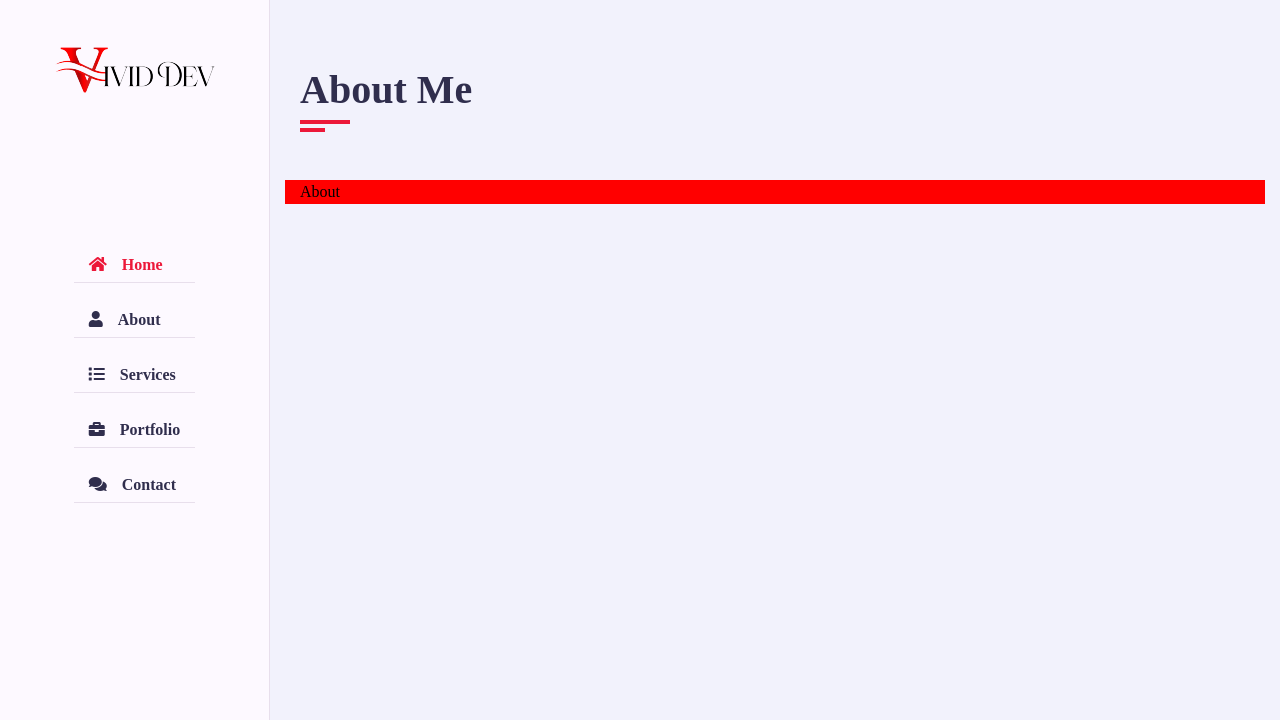
Repository: Big-Fave1/vivid-dev-portfolio
Page: build/index.html
These files come from the project's save history. The page is drawn as it stood at one moment and after the next save; the edit follows.
The browser window is 1280 px wide. The pictures show the whole page.
Some web fonts or font styles are not loaded; a fallback is used.

Above is the page before, as saved 2025-05-30 13:13:33.

### build/index.html
<!DOCTYPE html>
<html lang="en">
<head>
    <meta charset="UTF-8">
    <meta name="viewport" content="width=device-width, initial-scale=1.0">
    <title>Vivid Dev Portfolio</title>
    <link rel="stylesheet" href="css/style.css">
    <link rel="stylesheet" href="css/color-1.css">
    <link rel="stylesheet" href="https://cdnjs.cloudflare.com/ajax/libs/font-awesome/5.15.4/css/all.min.css">
</head>
<body>
    <!--- ==== main container Start==== -->
    <div class="main-container"></div>
    <!--- ==== Aside Start === -->
    <div class="aside">
        <div class="logo">
        <a href="#"><img src="img/vivid 3.png" alt=""></a>
        </div>
        <div class="nav-toggler">
            <i class="fa fa-bars" aria-hidden="true"></i>
        </div>
        <ul class="nav">
            <li><a href="#" class="active"><i class="fa fa-home"></i>Home</a></li>
            <li><a href="#"><i class="fa fa-user"></i>About</a></li>
            <li><a href="#"><i class="fa fa-list"></i>Services</a></li>
            <li><a href="#"><i class="fa fa-briefcase"></i>Portfolio</a></li>
            <li><a href="#"><i class="fa fa-comments"></i>Contact</a></li>
        </ul>
    </div>
    <!--- ==== Aside End === -->
    <!--- ==== Main content Start === -->
    <div class="main-content">
        <!--- === Home Section Start === -->
        <section class="home section hidden">
            <div class="container">
                <div class="row">
                    <div class="home-info padd-15">
                        <h3 class="hello">Hello, my name is <span class="name">Favour Chimdiogo</span></h3>
                        <h3 class="my-profession">I'm a <Span class="typing">Web Developer</Span></h3>
                        <p>I'm a web designer with extensive experience for over a year.My expertise is to create a website design, and many more...</p>
                    <a href="#contact" class="btn hire-me">Hire Me</a>
                    </div>
                    <div class="home-img padd-15">
                        <img src="img/home image.jpg" alt="">
                    </div>
                </div>
            </div>
        </section>
    <!--- === Home Section End === -->
    <!--- === About  Section Start === -->
        <section class="about section">
            <div class="container">
                <div class="row">
                    <div class="section-title padd-15">
                        <h2>About Me</h2>
                    </div>
                </div>
                <div class="row">
                    <div class="about-content padd-15">
                        About
                    </div>
                </div>
            </div>
        </section>
    <!--- === About  Section End === -->
    </div>
    <!--- ==== Main content End === -->
    <!--- ====main container End === -->
</body>
</html>

### build/css/style.css

@import url('https://fonts.googleapis.com/css2?family=Clicker+Script&family=Poppins:ital,wght@0,100;0,200;0,300;0,400;0,500;0,600;0,700;0,800;0,900;1,100;1,200;1,300;1,400;1,500;1,600;1,700;1,800;1,900&display=swap');


:root
{
    --bg-black-900:#f2f2fc;
    --bg-black-100:#fdf9ff;
    --bg-black-50:#e8dfec;
    --text-black-900:#302e4d;
    --text-black-700:#504e70;

}

body
{
    line-height:1.5;
    font-size:16px;
    font-family: 'Poppins'sans-serif;
}

*
{
    margin: 0;
    padding: 0;
    outline:none;
    text-decoration:none;
    text-decoration:none;
    box-sizing: border-box;
}
::before, ::after
{
    box-sizing:border-box;
}
ul
{
    list-style: none;
}
.section
{
    background:var(--bg-black-900);
    min-height: 100vh;
    display: block;
    padding: 0 30px;
    opacity: 1;
}
.hidden
{
    display: none !important;
}
.main-content
{
    padding-left: 270px;
}
.padd-15
{
    padding-left: 15px;
    padding-right: 15px;
}
.container{
    max-width: 1100px;
    width: 100%;
    margin: auto;
}
.section .container
{
    padding-top: 60px;
    padding-bottom: 70px;

}
.section-title
{
    flex: 0 0 100%;
    max-width: 100%;
    margin-bottom: 60px;

}
.section-title h2
{
    font-size: 40px;
    color: var(--text-black-900);
    font-weight: 700;
    position: relative;
}
.section-title h2::before
{
   content: '';
   height: 4px;
   width: 50px;
   background-color: var(--skin-color);
   position: absolute;
   top: 100%;
   left: 0;
}
.section-title h2::after
{
   content: '';
   height: 4px;
   width: 25px;
   background-color: var(--skin-color);
   position: absolute;
   top: 100%;
   left: 0;
   margin-top:8px;
}
.row
{
    display: flex;
    flex-wrap: wrap;
    margin-left: -15px;
    margin-right: -15px;
    position: relative;
}
.btn
{
    font-size: 16px;
    font-weight: 500;
    padding: 12px 35px;
    background: var(--skin-color);
    color: white;
    border: none;
    display: inline-block;
    white-space: nowrap;
    transition: all 0.3s ease;
    border-radius:40px;
}
.btn:hover
{
    transform: scale(1.05);
}
/* aside */
.aside
{
width: 270px;
background:var(--bg-black-100);
position: fixed;
left: 0;
top: 0;
padding: 30px;
height: 100%;
border-right:1px solid var(--bg-black-50);
z-index: 10;
display: flex;
justify-content: center;
align-items: center;
}
.aside .logo
{
    position: absolute;
    top: -30px;
    ;
}
.aside .logo a
{
    color: var(--bg-black-900);
    font-weight: 700;
    padding: 15px 20px;
    font-size: 30px;
    position: relative;
}
/*.aside .logo a span
.aside .logo a:before
{
    content:'';
    position: absolute;
    width: 20px;
    height: 20px;
    border-bottom: 5px solid var(--skin-color);
    border-left: 5px solid var(--skin-color);
    bottom: 0;
    left: 0;

}
.aside .logo a:after
{
    content:'';
    position: absolute;
    width: 20px;
    height: 20px;
    border-top: 5px solid var(--skin-color);
    border-right: 5px solid var(--skin-color);
    top: 0;
    right: 0;

}
    */
.aside .nav-toggler
{
    height: 40px;
    width: 45px;
    border: 1px solid var(--bg-black-50);
    cursor: pointer;
    position: fixed;
    left: 300px;
    top: 20px;
    color: var(--skin-color);
    border-radius: 5px;
    background:var(--bg-black-100);
    display: none;
    align-items:center;
    justify-content: center;
}
.aside .nav
{
    margin-top: 50px;
}
.aside .nav li
{
    margin-bottom: 20px;
    display: block;
}
.aside .nav li a
{
    font-size: 16px;
    font-weight: 600;
    display: block;
    border-bottom:1px solid var(--bg-black-50);
    color:var(--text-black-900);
    padding: 5px 15px;
}
.aside .nav li a.active
{
    color:var(--skin-color);
}
.aside .nav li a i
{
    margin-right: 15px;

}
/* home*/
.home
{
    min-height: 100vh;
    display: flex;
    color: var(--text-black-900);

}
.home-info
{
    flex: 0 60%;
    max-width: 60%;
}
h3.hello
{
    font-size: 28px;
    margin: 15PX 0;
}
h3.hello span
{
    font-family: 'clicker script', cursive;
    font-size: 30px;
    font-weight: 700;
    color:var(--skin-color);
}
h3.my-profession
{
    font-size:30px;
    margin: 15px 0;
}
.typing
{
    color: var(--skin-color);
}
.home-info p
{
    margin-bottom: 70px;
    font-size: 20px;
    color: var(--text-black-700);
}
.home .home-img
{
    flex: 0 0 40%;
    max-width: 40%;
    text-align: center;
    position: relative;
}
.home-img::after
{
    content: '';
    position: absolute;
    height: 80px;
    width: 80px;
    right: 20px;
    bottom: -40px;
    border-bottom: 10px solid var(--skin-color);
    border-right: 10px solid var(--skin-color);
}
.home-img::before
{
    content: '';
    position: absolute;
    height: 80px;
    width: 80px;
    left: -20px;
    top: -40px;
    border-top: 10px solid var(--skin-color);
    border-left: 10px solid var(--skin-color);
}
.home .home-img img
{
    margin: auto;
    border-radius:5px;
    height: 400px;
}
/* About */
.about .about-content
{
    flex: 0 0 100%;
    max-width: 100%;
    background-color:red;
}

### build/css/color-1.css

:root
{
    --skin-color:#ec1839;
}

After the next save:
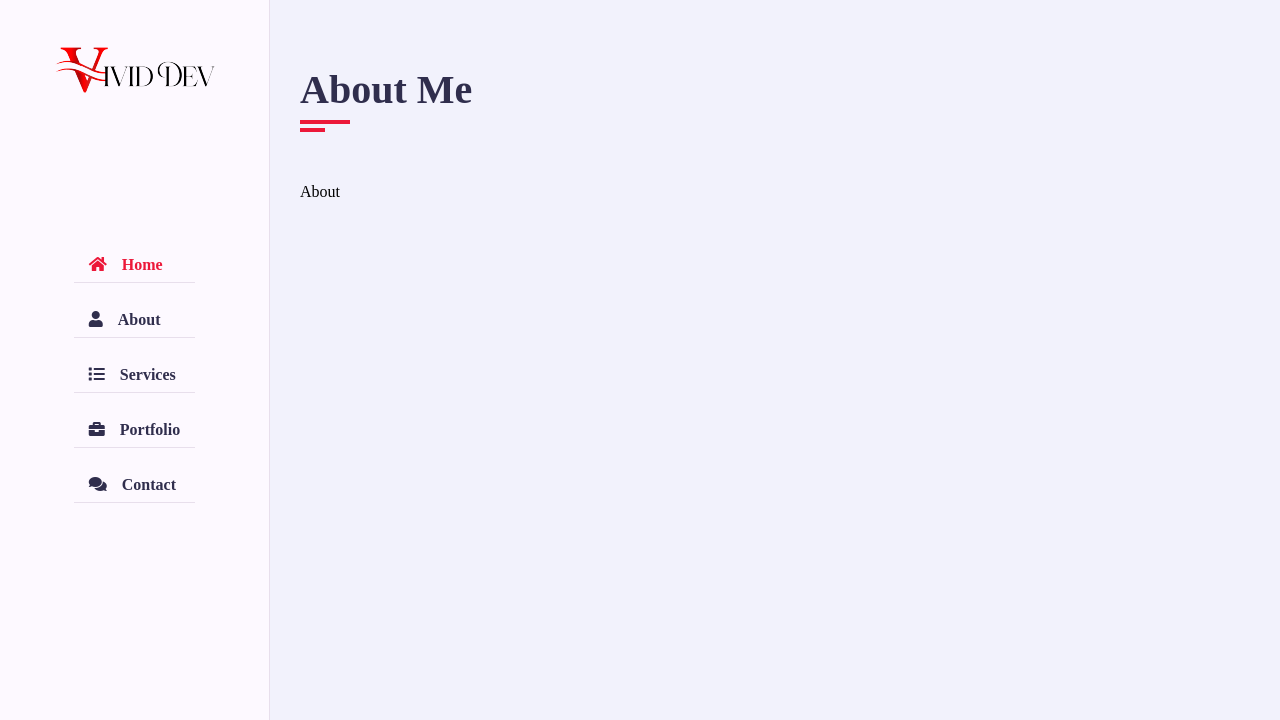
Saved 15 s later.
--- a/build/css/style.css
+++ b/build/css/style.css
@@ -307,5 +307,4 @@ h3.my-profession
 {
     flex: 0 0 100%;
     max-width: 100%;
-    background-color:red;
-}
+}
